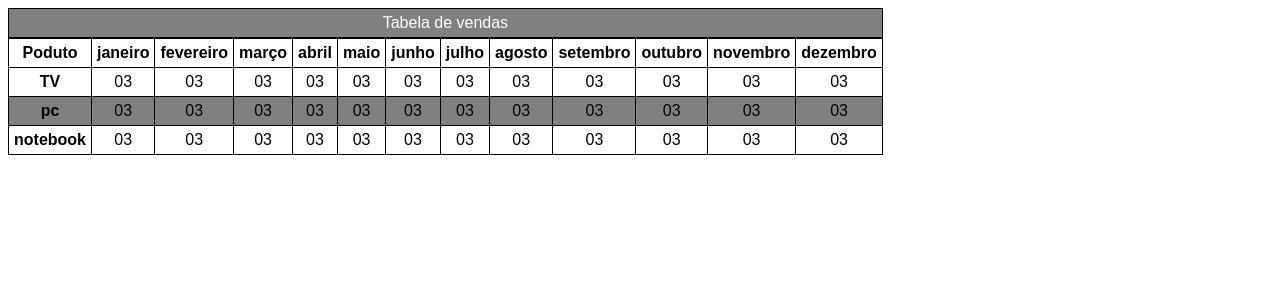
Repository: Lucianorodriguesdev/cursoHTML-CSS
Page: ex023/responsividade-tabela.html
The author's editor kept a copy of each file at every save. The page is drawn from the files as they stood at one save, then again after the next save.
The browser window is 1280 px wide. The pictures show the whole page.

Above is the page before, as saved 2026-06-24 10:28:12.

### ex023/responsividade-tabela.html
<!DOCTYPE html>
<html lang="pt-br">
<head>
    <meta charset="UTF-8">
    <meta name="viewport" content="width=device-width, initial-scale=1.0">
    <title>Tabela Responsiva</title>
     <style>
        body{
            font-family: Arial, Helvetica, sans-serif;
        }
        table{
            border: 1px solid black;
            width: 400px;
            border-collapse: collapse;
        }
        td,th{
            border: 1px solid black;
            padding: 5px;
            text-align: center;
        }
        tr:nth-child(2n){
            background-color: gray;
        }
        caption{
             border: 1px solid black;
            padding: 5px;
            text-align: center;
            background-color: gray;
            color: white;
        }
        .container{

            overflow: auto;
        }
    </style>
</head>
<body>
    <div class="container">
        <table>
            <caption>Tabela de vendas</caption>
            <thead>
                <tr>
                    <th>Poduto</th>
                    <th>janeiro</th>
                    <th>fevereiro</th>
                    <th>março</th>
                    <th>abril</th>
                    <th>maio</th>
                    <th>junho</th>
                    <th>julho</th>
                    <th>agosto</th>
                    <th>setembro</th>
                    <th>outubro</th>
                    <th>novembro</th>
                    <th>dezembro</th>
                </tr>

            </thead>
            <tbody>
                <tr>
                    <th>TV</th>
                    <td>03</td>
                    <td>03</td>
                    <td>03</td>
                    <td>03</td>
                    <td>03</td>
                    <td>03</td>
                    <td>03</td>
                    <td>03</td>
                    <td>03</td>
                    <td>03</td>
                    <td>03</td>
                    <td>03</td>
                </tr>
                <tr>
                   <th>pc</th>
                    <td>03</td>
                    <td>03</td>
                    <td>03</td>
                    <td>03</td>
                    <td>03</td>
                    <td>03</td>
                    <td>03</td>
                    <td>03</td>
                    <td>03</td>
                    <td>03</td>
                    <td>03</td>
                    <td>03</td>
                </tr>
                <tr>
                   <th>notebook</th>
                    <td>03</td>
                    <td>03</td>
                    <td>03</td>
                    <td>03</td>
                    <td>03</td>
                    <td>03</td>
                    <td>03</td>
                    <td>03</td>
                    <td>03</td>
                    <td>03</td>
                    <td>03</td>
                    <td>03</td>
                </tr>
            </tbody>
        </table>
    </div>

</body>
</html>

After the next save:
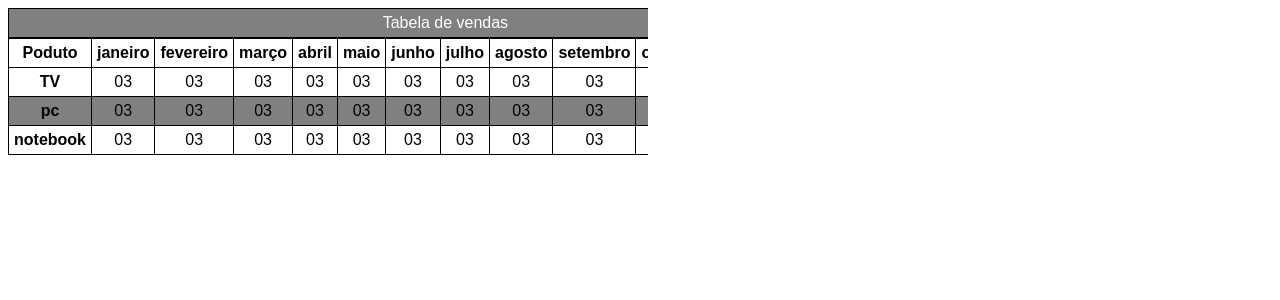
Saved 21 s later.
--- a/ex023/responsividade-tabela.html
+++ b/ex023/responsividade-tabela.html
@@ -29,7 +29,7 @@
             color: white;
         }
         .container{
-
+            width: 50vw;
             overflow: auto;
         }
     </style>
